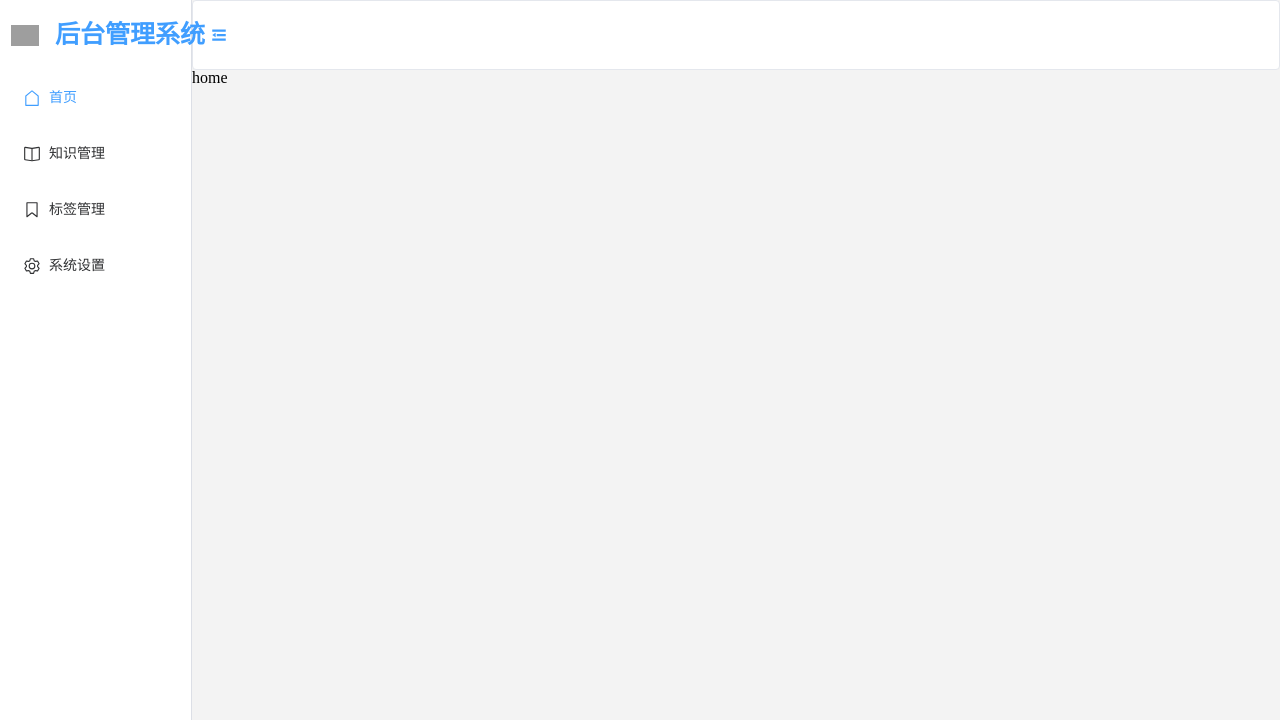
Repository: serrrN/admin
Page: /
The author's editor kept a copy of each file at every save. The page is drawn from the files as they stood at one save, then again after the next save.
The browser window is 1280 px wide. The pictures show the whole page.
Pictures or frames that could not be fetched are drawn as grey boxes. The project was rebuilt for these pictures with package versions that can differ from the ones it lists, and the page was loaded fresh each time. Also part of the build but not shown: vite.config.ts, src/styles/index.scss.

Above is the page before, as saved 2024-06-05 16:06:42.

### src/main.ts
import { createApp } from 'vue'
import App from './App.vue'
import ElementPlus from 'element-plus'
import zhCn from 'element-plus/es/locale/lang/zh-cn'
import * as ElementPlusIconsVue from '@element-plus/icons-vue'
import router from './router'
import 'reset-css'
import './styles/index.scss'
import pinia from '@/store/index'
const app = createApp(App)
for (const [key, component] of Object.entries(ElementPlusIconsVue)) {
  app.component(key, component)
}
app.use(pinia)
app.use(ElementPlus, { locale: zhCn })
app.use(router)
app.mount('#app')

### src/App.vue
<script setup lang="ts"></script>

<template>
  <router-view></router-view>
</template>

<style>
* {
  box-sizing: border-box;
}
#app,
html,
body {
  width: 100%;
  height: 100%;
}
</style>

### src/router/index.ts
import { createRouter, createWebHistory } from 'vue-router'
import routes from './routes'
const router = createRouter({
  history: createWebHistory(),
  routes,
})
export default router

### src/router/routes.ts
const routes = [
  {
    path: '/',
    name: 'home',
    redirect: '/home',
    component: () => import('@/layout/index.vue'),
    children: [
      {
        path: '/home',
        component: () => import('@/views/home/index.vue'),
      },
      {
        path: '/knowledgeManage',
        component: () => import('@/views/knowledgeManage/index.vue'),
      },
      {
        path: '/tagManage',
        component: () => import('@/views/tagManage/index.vue'),
      },
      {
        path: "/systemSetting",
        component:()=>import("@/views/systemSetting/index.vue")
      }
    ],
  },
]

export default routes

### src/styles/variable.scss
//主题色
$theme-color:rgb(64, 158, 255);

// 布局容器左边宽度
$layout-container-left-max-width:15%;

// 布局容器左边塌陷后宽度
$layout-container-left-min-width:3.79%;

// 布局容器头部高度
$layout-container-header-height:70px;

### src/layout/index.vue
<template>
  <div class="layout-container">
    <div :class="systemStore.isCollapse?'left left-collapse':'left'" >
      <Menu />
    </div>
    <div :class="systemStore.isCollapse?'right right-collapse':'right'">
      <div class="header"><Header /></div>
      <div class="main"><Main/></div>
    </div>
  </div>
</template>

<script lang="ts" setup>
import Menu from './menu/index.vue'
import Header from './header/index.vue'
import Main from './main/index.vue'

import {useSystemStore} from "@/store/modules/system"
const systemStore = useSystemStore()
</script>

<style scoped lang="scss">
.layout-container {
  width: 100%;
  height: 100%;
  display: flex;
  background-color: #f3f3f3;
  .left {
    height: 100%;
    width: $layout-container-left-max-width;
    transition: all linear 0.5s;
  }
  .left-collapse{
    width:$layout-container-left-min-width;
  }
  .right {
    width: calc(100% - $layout-container-left-max-width);
    transition: all linear 0.5s;
    .header {
      width: 100%;
      height: $layout-container-header-height;
      display: flex;
      justify-content:flex-end;
    }
    .main {
      height: calc(100% - $layout-container-header-height);
      width: calc(100%);

    }
  }
  .right-collapse{
    width:calc(100% - $layout-container-left-min-width);
  }

}
</style>

### src/views/home/index.vue
<template>
home
</template>
<script setup lang="ts">

</script>
<style lang="scss" scoped>

</style>

### src/layout/menu/index.vue
<template>
  <el-menu
    default-active="home"
    :class="systemStore.isCollapse?'el-menu-vertical-collapse':'el-menu-vertical'"
    :collapse="systemStore.isCollapse"
    :router="true"
    collapse-transition
    @open="handleOpen"
    @close="handleClose"
  >
    <div class="header">
      <div class="manage-msg" v-show="!systemStore.isCollapse">
        <div class="logo-wrapped">
          <img src="/vite.svg" class="logo" alt="Vite logo" />
        </div>
        <div class="name">后台管理系统</div>
      </div>
      <div class="fold-icon-wrapped" @click="handleCollapse">
        <el-icon size="18" color="rgb(64, 158, 255)">
          <component :is="systemStore.isCollapse?'Expand':'Fold'"></component>
        </el-icon>
      </div>
    </div>

    <el-menu-item index="home">
      <el-icon><House /></el-icon>
      <template #title>首页</template>
    </el-menu-item>
    <el-menu-item index="knowledgeManage">
      <el-icon><reading /></el-icon>
      <template #title>知识管理</template>
    </el-menu-item>
    <el-menu-item index="tagManage">
      <el-icon><CollectionTag /></el-icon>
      <template #title>标签管理</template>
    </el-menu-item>
    <el-menu-item index="systemSetting">
      <el-icon><setting /></el-icon>
      <template #title>系统设置</template>
    </el-menu-item>
  </el-menu>
</template>

<script lang="ts" setup>
import {useSystemStore} from "@/store/modules/system"
const systemStore = useSystemStore()

const handleOpen = (key: string, keyPath: string[]) => {
  console.log(key, keyPath)
}
const handleClose = (key: string, keyPath: string[]) => {
  console.log(key, keyPath)
}
const handleCollapse = () => {
  systemStore.isCollapse = !systemStore.isCollapse

}
</script>

<style lang="scss" scoped>
.el-menu {
  height: 100%;
  // 管理系统菜单头部(展示名字和logo)
  .header {
    display: flex;
    height: 70px;
    line-height: 70px;
    justify-content: space-between;
    transition: all 1s;
    //管理系统信息
    .manage-msg {
      display: flex;
      // logo容器
      .logo-wrapped {
        line-height: 50px;
        height: 100%;
        display: flex;
        align-items: center;
        justify-content: center;
        width: 50px;
        .logo {
          width: 28px;
        }
      }
      // 管理系统名称
      .name {
        text-align: center;
        font-size: 25px;
        width: 160px;
        color: $theme-color;
        font-weight: 600;
      }
    }

    // 折叠图标容器
    .fold-icon-wrapped {
      width: 100%;
      display: flex;
      align-items: center;
      justify-content: center;
    }
  }

  //菜单名称
  .el-menu-item span {
    color: rgb(48, 49, 51);
    font-weight: 400;
    font-size: 17px;
    line-height: 56px;
    font-family: 'Helvetica Neue', Helvetica, 'PingFang SC', 'Hiragino';
  }
}
// 菜单不处于塌陷状态
.el-menu-vertical:not(.el-menu--collapse) {
  width: 100%;
  min-height: 100%;
  min-width: 20%;
}


</style>

### src/layout/header/index.vue
<template>
  <el-card style="width: 100%" shadow="hover">
    <!-- <Tabs /> -->
    <Menu />
  </el-card>
</template>
<script setup lang="ts">
// import Tabs from './tabs/index.vue'
import Menu from './menu/index.vue'
</script>
<style lang="scss" scoped></style>

### src/layout/main/index.vue
<template>
  <router-view></router-view>
</template>
<script setup lang="ts"></script>
<style lang="scss" scoped></style>

### src/store/modules/system.ts
import { defineStore } from 'pinia'
import { ref } from 'vue'
export const useSystemStore = defineStore('system', () => {
  const isCollapse = ref(false)

  return { isCollapse }
})

### src/layout/header/menu/index.vue
<template>
  <div class="header-menu">

  </div>
</template>
<script setup lang="ts"></script>
<style lang="scss" scoped>
.header-menu{
  display: flex;
  justify-content: center;
  align-items: center;
  margin-right: 10px;
  cursor: pointer;
}
</style>

Loaded but not shown: index.html (common file); src/store/index.ts (common file)

After the next save:
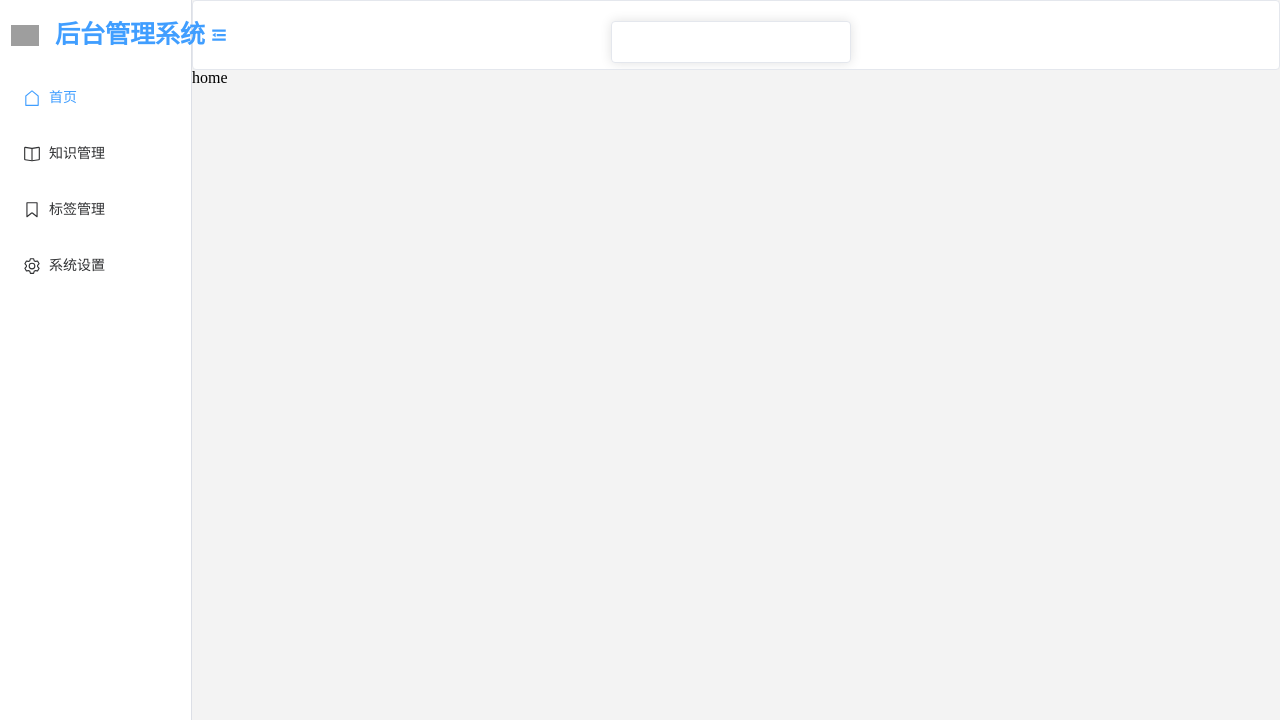
Saved 43 s later.
--- a/src/layout/header/menu/index.vue
+++ b/src/layout/header/menu/index.vue
@@ -1,6 +1,8 @@
 <template>
   <div class="header-menu">
+    <el-card style="width: 240px">
 
+  </el-card>
   </div>
 </template>
 <script setup lang="ts"></script>
